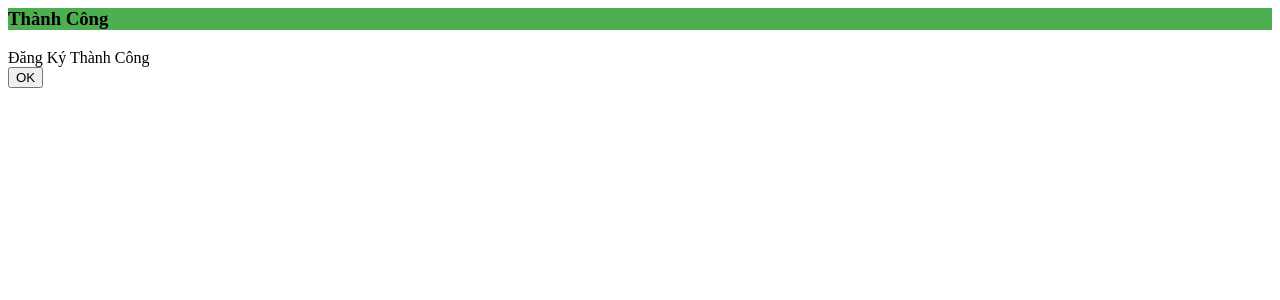
Repository: chickenoken/LuanAn
Page: http://localhost/net/ThanhCong
These files come from the project's save history. The page is drawn as it stood at one moment and after the next save; the edit follows.
The browser window is 1280 px wide. The pictures show the whole page.
The page is served by Tomcat 9. Other server files are loaded and not shown.

Above is the page before, as saved 2019-06-17 10:07:01.

### net/src/main/webapp/WEB-INF/pages/ThanhCong.jsp
<%@ page language="java" contentType="text/html; charset=UTF-8"
  pageEncoding="UTF-8"%>
<%@taglib prefix="c" uri="http://java.sun.com/jsp/jstl/core"%>
<div class="modal-header" style="background-color: #4CAF50;">
  <h3>Thành Công</h3>
</div>
<div class="modal-body">
  Đăng Ký Thành Công
</div>
<div class="modal-footer">
    <button class="btn btn-primary" ng-click="cancel()">OK</button>
</div>

### net/src/main/java/org/planning/net/dto/LoginDto.java
package org.planning.net.dto;

import lombok.Getter;
import lombok.Setter;

@Getter
@Setter
public class LoginDto {

    private String maNhanVien;

    private String tenNhanVien;

    private String taiKhoan;

    private String matKhau;

	public String getTaiKhoan() {
        return taiKhoan;
    }

    public void setTaiKhoan(String taiKhoan) {
        this.taiKhoan = taiKhoan;
    }

    public String getMatKhau() {
        return matKhau;
    }

    public void setMatKhau(String matKhau) {
        this.matKhau = matKhau;
    }

    public String getMaNhanVien() {
		return maNhanVien;
	}

	public void setMaNhanVien(String maNhanVien) {
		this.maNhanVien = maNhanVien;
	}

	public String getTenNhanVien() {
		return tenNhanVien;
	}

	public void setTenNhanVien(String tenNhanVien) {
		this.tenNhanVien = tenNhanVien;
	}
}

After the next save:
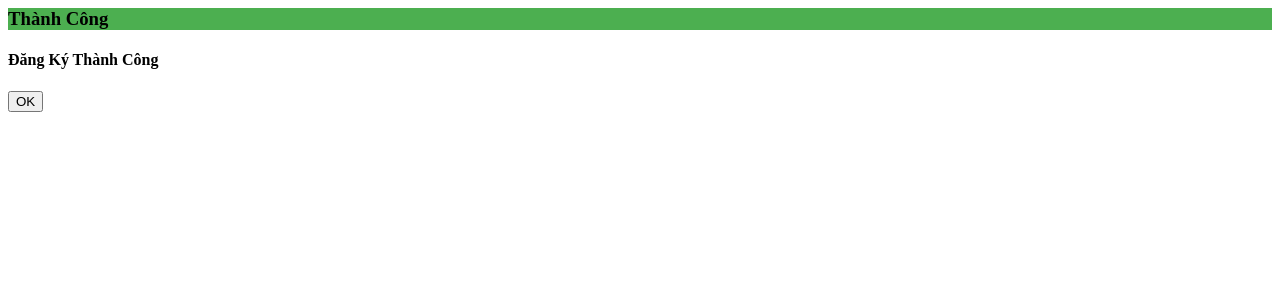
Saved 20 s later.
--- a/net/src/main/webapp/WEB-INF/pages/ThanhCong.jsp
+++ b/net/src/main/webapp/WEB-INF/pages/ThanhCong.jsp
@@ -5,7 +5,7 @@
   <h3>Thành Công</h3>
 </div>
 <div class="modal-body">
-  Đăng Ký Thành Công
+  <h4>Đăng Ký Thành Công</h4>
 </div>
 <div class="modal-footer">
     <button class="btn btn-primary" ng-click="cancel()">OK</button>
